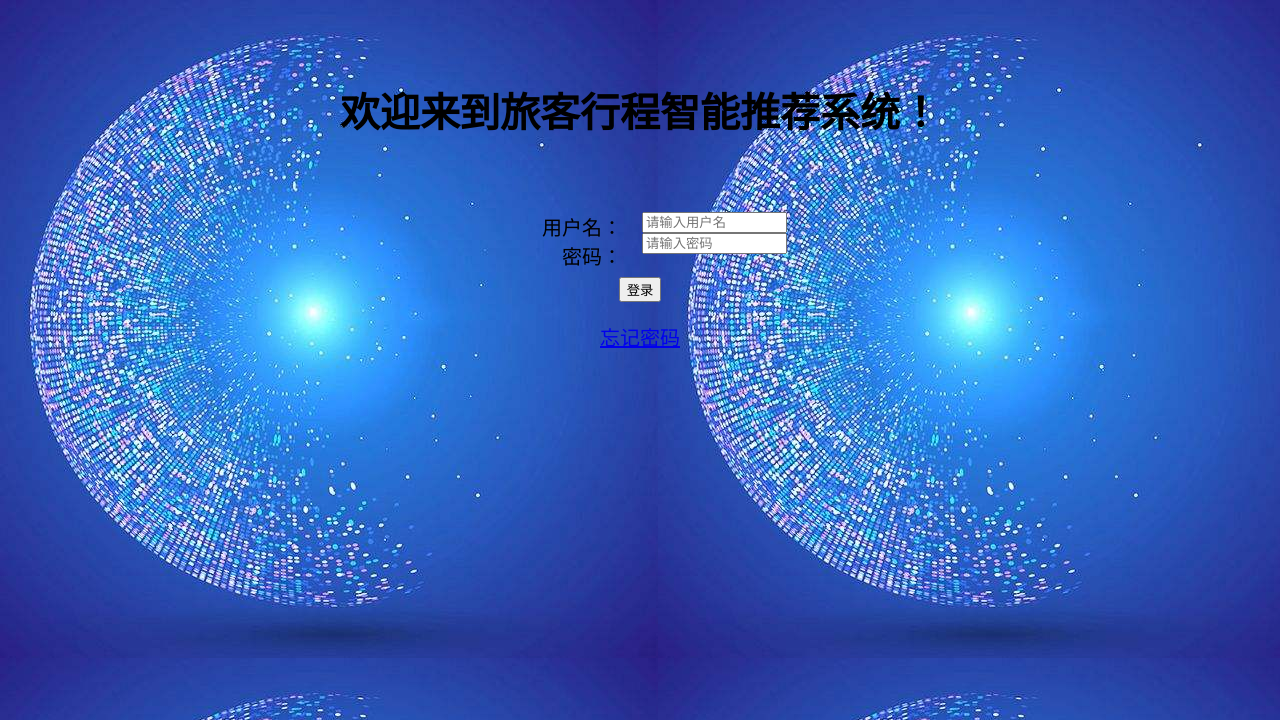
Repository: never-404/Intelligent-recommendation-system
Page: http://localhost/Intelligent-recommendation-system/log.jsp
These files come from the project's save history. The page is drawn as it stood at one moment and after the next save; the edit follows.
The browser window is 1280 px wide. The pictures show the whole page.
The page is served by Tomcat 9. Nobody is signed in. The application's start-up code is not run. Other server files are loaded and not shown.

Above is the page before, as saved 2019-04-19 00:45:56.

### Intelligent-recommendation-system/WebRoot/log.jsp
<%@ page language="java" contentType= "text/html;charset=gb2312" %>
<html>

	<head>
		<title>登录页面</title>
	    <meta charset="utf-8">

		<style type="text/css">
		.title
		{
			font-size: 300%

		}
		.table
		{
			margin:auto;
			width:25%;

		}
		lable { float: left; width: 7em; margin-right:1em; text-align: right; }
		h1	  {text-align: center}
	    body{
        font-size:20px;
        font-family:"宋体";
        background-image:url(circle.jpg);


    	}
        .a{
            text-align:center;
            vertical-align:middle;
        }
        img{max-width: 100%; height:auto;}

</style>
	</head>

	<body>
	<BR>	<BR>
	<h1>欢迎来到旅客行程智能推荐系统！</h1>
		<BR>	<BR>
    <div class="table">
    	<lable>用户名：</lable><input type="text" name="number" placeholder="请输入用户名" size="15" maxlength="10"/>
        <!--学号为10位-->
        <br>
        <lable>密码：</lable><input type="password" name="passport" placeholder="请输入密码" size="15" maxlength="10"/>
        <br>
    </div>
    <br>


	<div class=a>

    <form action = "mainpage.jsp" method = "post">
		<input type="submit" value ="登录">
	</form>

	 <a href="forget_pswd.jsp">忘记密码</a>
	</div>

	</body>


</html>

After the next save:
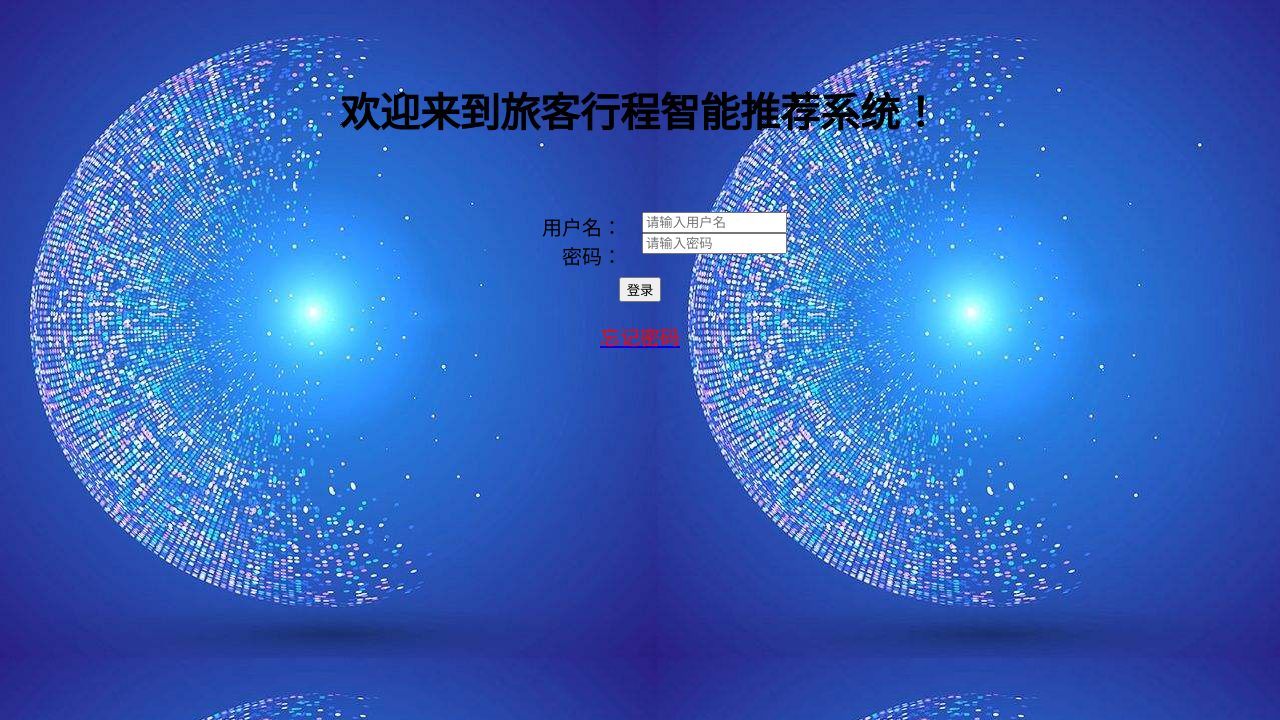
Saved 97 s later.
--- a/Intelligent-recommendation-system/WebRoot/log.jsp
+++ b/Intelligent-recommendation-system/WebRoot/log.jsp
@@ -23,7 +23,6 @@
         font-size:20px;
         font-family:"宋体";
         background-image:url(circle.jpg);
-
 
     	}
         .a{
@@ -55,7 +54,7 @@
 		<input type="submit" value ="登录">
 	</form>
 
-	 <a href="forget_pswd.jsp">忘记密码</a>
+	<a href="forget_pswd.jsp"><font color="#FF0000">忘记密码</font></a>
 	</div>
 
 	</body>
